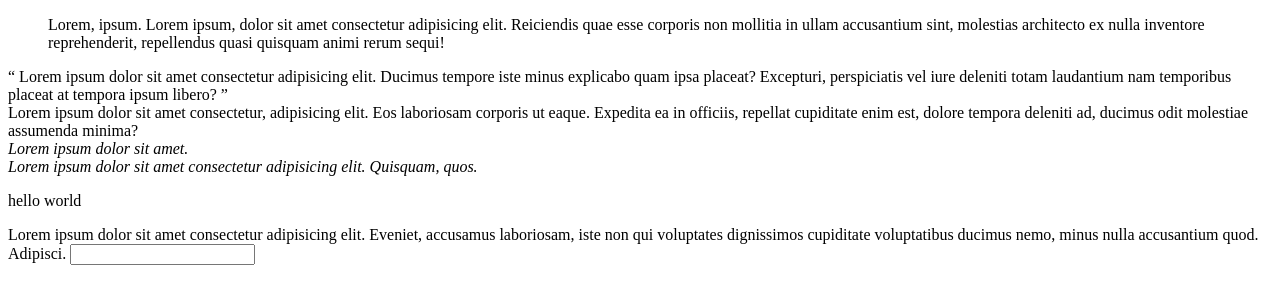
Repository: arunyerram/Web-TEChnologies
Page: p.html
The author's editor kept a copy of each file at every save. The page is drawn from the files as they stood at one save, then again after a run of saves.
The browser window is 1280 px wide. The pictures show the whole page.

Above is the page before, as saved 2025-02-20 21:40:50.

### p.html
<!DOCTYPE html>
<html lang="en">
<head>
    <meta charset="UTF-8">
    <meta name="viewport" content="width=device-width, initial-scale=1.0">
    <title>Document</title>
</head>
<body>
    <!-- the <blockquote>,<q>, <abbr>, <address>, <cite>,  <bdo> -->
        <blockquote>
            Lorem, ipsum.
            Lorem ipsum, dolor sit amet consectetur adipisicing elit. Reiciendis quae esse corporis non mollitia in ullam accusantium sint, molestias architecto ex nulla inventore reprehenderit, repellendus quasi quisquam animi rerum sequi!
        </blockquote>
        <q>
            Lorem ipsum dolor sit amet consectetur adipisicing elit. Ducimus tempore iste minus explicabo quam ipsa placeat? Excepturi, perspiciatis vel iure deleniti totam laudantium nam temporibus placeat at tempora ipsum libero?
        </q>
        <br/>
        <abbr>
            Lorem ipsum dolor sit amet consectetur, adipisicing elit. Eos laboriosam corporis ut eaque. Expedita ea in officiis, repellat cupiditate enim est, dolore tempora deleniti ad, ducimus odit molestiae assumenda minima?
        </abbr>

        <address>
            Lorem ipsum dolor sit amet.
        </address>
        <cite>
            Lorem ipsum dolor sit amet consectetur adipisicing elit. Quisquam, quos.
        </cite>

        <bdo>
            <p>hello world</p>
            Lorem ipsum dolor sit amet consectetur adipisicing elit. Eveniet, accusamus laboriosam, iste non qui voluptates dignissimos cupiditate voluptatibus ducimus nemo, minus nulla accusantium quod. Adipisci.
        </bdo>

        <input type="age" id="age" name="age">

</body>
</html>

After the next 5 saves:
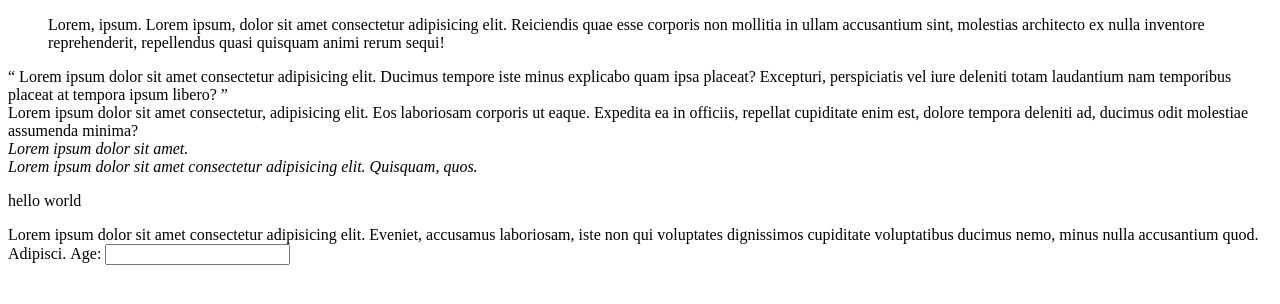
The 5 saves are shown as one change because they came seconds apart.
The last was saved 20 s later.
--- a/p.html
+++ b/p.html
@@ -30,7 +30,7 @@
             <p>hello world</p>
             Lorem ipsum dolor sit amet consectetur adipisicing elit. Eveniet, accusamus laboriosam, iste non qui voluptates dignissimos cupiditate voluptatibus ducimus nemo, minus nulla accusantium quod. Adipisci.
         </bdo>
-
+        <label for="age"> Age:</label>
         <input type="age" id="age" name="age">
 
 </body>
